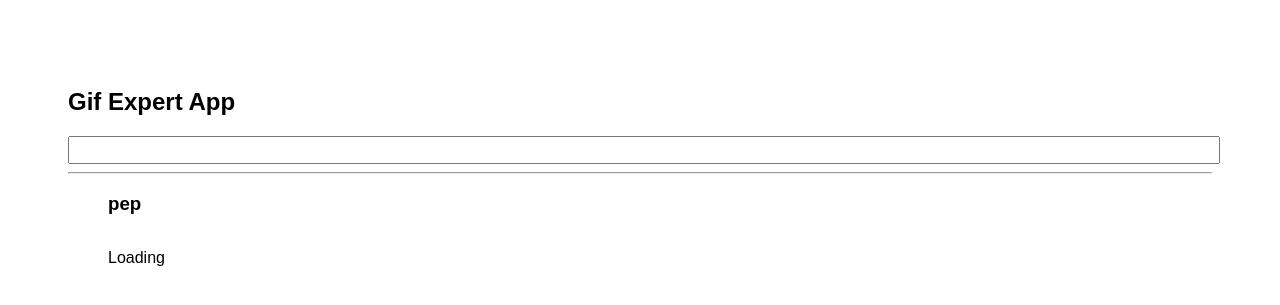
Repository: ppfeliuu/gifs-app
Page: /
These files come from the project's save history. The page is drawn as it stood at one moment and after the next save; the edit follows.
The browser window is 1280 px wide. The pictures show the whole page.
The page's requests for data from a server got no answer. The project was rebuilt for these pictures with package versions that can differ from the ones it lists, and the page was loaded fresh each time. No one was signed in, and anything a server would have sent is missing. Also part of the build but not shown: src/components/GifGridItem.js.

Above is the page before, as saved 2021-05-26 15:52:09.

### src/index.js
import React from "react";
import ReactDOM from "react-dom";
import GifExpertApp from "./GifExpertApp";
import "./index.css";

ReactDOM.render(
  <GifExpertApp />,

  document.getElementById("root")
);

### src/GifExpertApp.js
import React, { useState } from "react";
import AddCategory from "./components/AddCategory";
import { GifGrid } from "./components/GifGrid";

export const GifExpertApp = () => {
  const [categories, setCategories] = useState(["pep"]);

  /* const handleAdd = () => {
    setCategories([...categories, "Hunter"]);
  }; */

  return (
    <div>
      <h2>Gif Expert App</h2>
      <AddCategory setCategories={setCategories} />
      <hr />

      <ol>
        {categories.map((category) => (
          <GifGrid key={category} category={category} />
        ))}
      </ol>
    </div>
  );
};

export default GifExpertApp;

### src/index.css
* {
  font-family: Arial, Helvetica, sans-serif;
}

body {
  padding: 60px;
}

input {
  color: grey;
  font-size: 1.2rem;
  width: 100%;
}

.card-grid {
  display: flex;
  flex-direction: row;
  flex-wrap: wrap;
}

.card {
  align-content: center;
  border: 1px solid grey;
  border-radius: 6px;
  margin-bottom: 10px;
  margin-right: 10px;
  overflow: visible;
}

.card p {
  padding: 5px;
  text-align: center;
}

.card img {
  max-height: 170px;
}

### src/components/AddCategory.js
import React, { useState } from "react";
import PropTypes from "prop-types";

const AddCategory = ({ setCategories }) => {
  const [inputValue, setInputValue] = useState("");

  const handleInputChange = (e) => {
    setInputValue(e.target.value);
  };

  const handleSubmit = (e) => {
    e.preventDefault();

    if (inputValue.trim().length > 2) {
      setCategories((c) => [inputValue, ...c]);
      setInputValue("");
    }
  };

  return (
    <form onSubmit={handleSubmit}>
      <input type="text" value={inputValue} onChange={handleInputChange} />
    </form>
  );
};

AddCategory.propTypes = {
  setCategories: PropTypes.func.isRequired,
};

export default AddCategory;

### src/components/GifGrid.js
import React from "react";
import { useFetchGifs } from "../hooks/useFetchGifs";
import { GifGridItem } from "./GifGridItem";

export const GifGrid = ({ category }) => {
  const { data: images, loading } = useFetchGifs(category);
  // console.log(images);
  return (
    <>
      <h3>{category}</h3>

      <div className="card-grid">
        {loading && <p>Loading</p>}
        {images.map((img) => (
          <GifGridItem key={img.id} {...img} />
        ))}
      </div>
    </>
  );
};

### src/hooks/useFetchGifs.js
import { useState, useEffect } from "react";
import { getGifs } from "../helpers/getGifs";

export const useFetchGifs = (category) => {
  const [state, setState] = useState({
    data: [],
    loading: true,
  });

  useEffect(() => {
    getGifs(category).then((imgs) =>
      setState({
        data: imgs,
        loading: false,
      })
    );
  }, [category]);

  return state;
};

### src/helpers/getGifs.js
export const getGifs = async (category) => {
  const url = `https://api.giphy.com/v1/gifs/search?limit=10&q=${encodeURI(
    category
  )}&api_key=458OEWtJl0WGO4C8c2OgKB6EOMS48uOH`;
  const res = await fetch(url);
  const { data } = await res.json();

  const gifs = data.map((img) => {
    return {
      id: img.id,
      title: img.title,
      url: img.images?.downsized_medium.url,
    };
  });

  return gifs;
};

Loaded but not shown: public/index.html (common file)

After the next save:
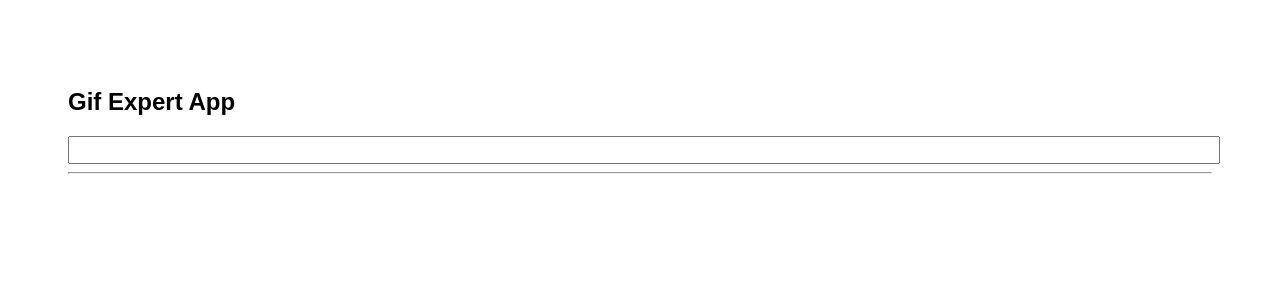
Saved 76 s later.
--- a/src/GifExpertApp.js
+++ b/src/GifExpertApp.js
@@ -3,7 +3,7 @@ import AddCategory from "./components/AddCategory";
 import { GifGrid } from "./components/GifGrid";
 
 export const GifExpertApp = () => {
-  const [categories, setCategories] = useState(["pep"]);
+  const [categories, setCategories] = useState([]);
 
   /* const handleAdd = () => {
     setCategories([...categories, "Hunter"]);
